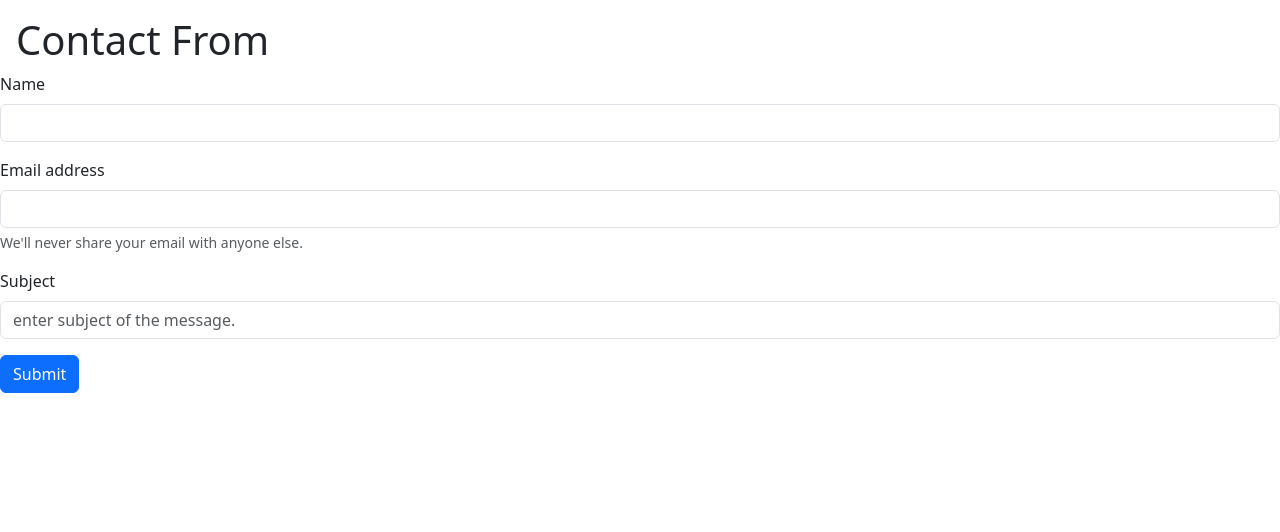
Repository: syni18/bootstrap_form
Page: index.html
The author's editor kept a copy of each file at every save. The page is drawn from the files as they stood at one save, then again after the next save.
The browser window is 1280 px wide. The pictures show the whole page.

Above is the page before, as saved 2023-10-26 15:34:27.

After the next save:
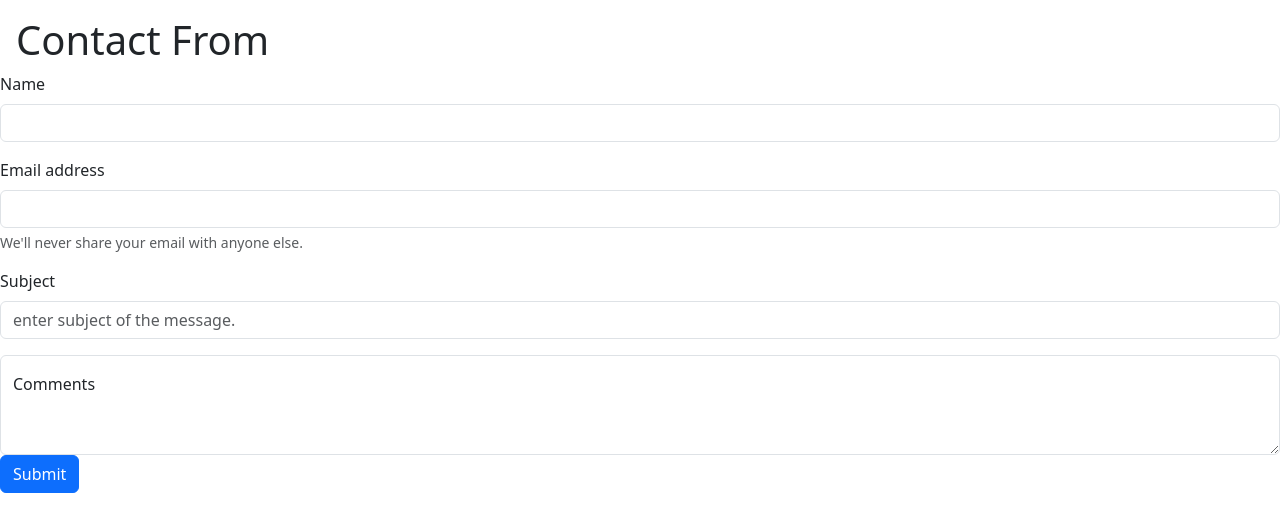
Saved 23 s later.
--- a/index.html
+++ b/index.html
@@ -22,7 +22,10 @@
     <label for="exampleInputSubject1" class="form-label">Subject</label>
     <input type="text" class="form-control" id="exampleInputsubject1" aria-describedby="subjectHelp" placeholder="enter subject of the message.">
   </div>
-
+  <div class="form-floating">
+  <textarea class="form-control" placeholder="Leave a comment here" id="floatingTextarea2" style="height: 100px"></textarea>
+  <label for="floatingTextarea2">Comments</label>
+</div>
 
   <button type="submit" class="btn btn-primary">Submit</button>
 </form>
